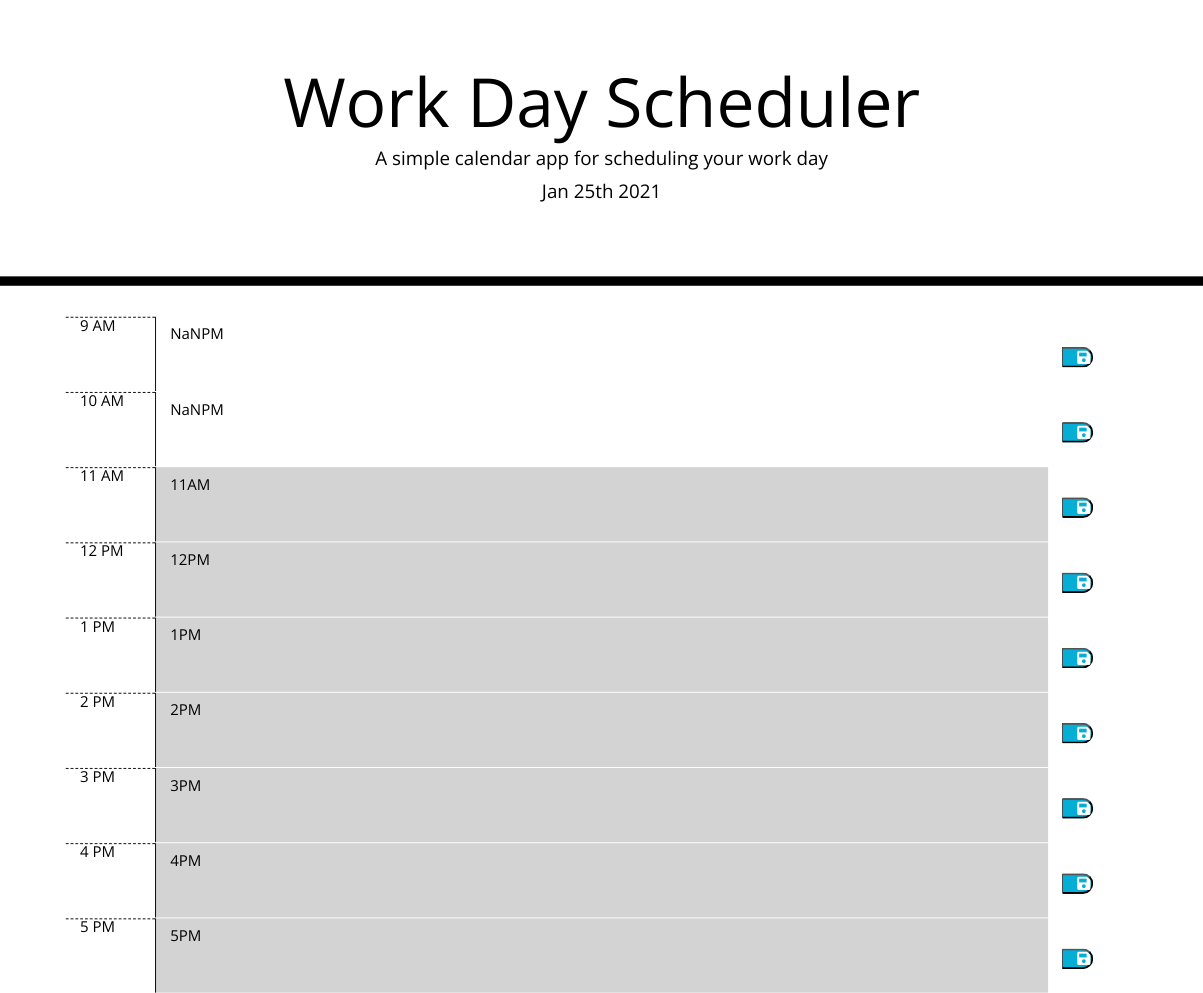
Repository: UPye/workDayScheduler
Page: index.html
The author's editor kept a copy of each file at every save. The page is drawn from the files as they stood at one save, then again after the next save.
The browser window is 1280 px wide. The pictures show the whole page, at 94% of full size.
Some web libraries are served in a nearby version.

Above is the page before, as saved 2021-01-25 22:00:22.

### index.html
<!DOCTYPE html>
<html lang="en">
  <head>
    <meta charset="UTF-8" />
    <meta name="viewport" content="width=device-width, initial-scale=1.0" />
    <meta http-equiv="X-UA-Compatible" content="ie=edge" />
    <link
      rel="stylesheet"
      href="https://stackpath.bootstrapcdn.com/bootstrap/4.3.1/css/bootstrap.min.css"
    />
    <link
      rel="stylesheet"
      href="https://use.fontawesome.com/releases/v5.8.1/css/all.css"
      integrity="sha384-50oBUHEmvpQ+1lW4y57PTFmhCaXp0ML5d60M1M7uH2+nqUivzIebhndOJK28anvf"
      crossorigin="anonymous"
    />
    <link
      href="https://fonts.googleapis.com/css?family=Open+Sans&display=swap"
      rel="stylesheet"
    />
    <link rel="stylesheet" href="./assets/CSS/style.css" />
    <title>Work Day Scheduler</title>
  </head>

  <body>
    <header class="jumbotron">
      <h1 class="display-3">Work Day Scheduler</h1>
      <p class="lead">A simple calendar app for scheduling your work day</p>
      <p id="currentDay" class="lead"></p>
    </header>

      <!-- Timeblocks go here -->
    <main class="container">
      <section class="row timeblocks" id="ls">
        <div class="col-1 hour">9 AM</div>
        <textarea id="hour-9" class="task col-10" name="server" autocomplete="off"></textarea>
        <div class="col-1 save">
          <button type="button" id="save-9" data-id="9" class="saveBtn col-1"><i class="fas fa-save"></i></button>
        </div>
      </section>
      <section class="row timeblocks">
        <div class="col-1 hour">10 AM</div>
        <textarea id="hour-10" class="col-10 task" placeholder="" autocomplete="off"></textarea>
        <div class="col-1 save">
          <button type="button" id="save-10" data-id="10" class="saveBtn col-1"><i class="fas fa-save"></i></button>
        </div>
      </section>
      <section class="row timeblocks">
        <div class="col-1 hour">11 AM</div>
        <textarea id="hour-11" data-id="11" class="col-10 task" placeholder="" autocomplete="off"></textarea>
        <div class="col-1 save">
          <button type="button" id="save-11" data-id="11" class="saveBtn col-1"><i class="fas fa-save"></i></button>
        </div>
      </section>
      <section class="row timeblocks">
        <div class="col-1 hour">12 PM</div>
        <textarea id="hour-12" data-id="12" class="col-10 task" placeholder="" autocomplete="off"></textarea>
        <div class="col-1 save">
          <button type="button" id="save-12" data-id="12" class="saveBtn col-1"><i class="fas fa-save"></i></button>
        </div>
      </section>
      <section class="row timeblocks">
        <div class="col-1 hour">1 PM</div>
        <textarea id="hour-1" data-id="1" class="task col-10" placeholder="" autocomplete="off"></textarea>
        <div class="col-1 save">
          <button type="button" id="save-1" data-id="1" class="saveBtn col-1"><i class="fas fa-save"></i></button>
        </div>
      </section>
      <section class="row timeblocks">
        <div class="col-1 hour">2 PM</div>
        <textarea id="hour-2" data-id="2" class="task col-10" placeholder="" autocomplete="off"></textarea>
        <div class="col-1 save">
          <button type="button" id="save-2" data-id="2" class="saveBtn col-1"><i class="fas fa-save"></i></button>
        </div>
      </section>
      <section class="row timeblocks">
        <div class="col-1 hour">3 PM</div>
        <textarea id="hour-3" data-id="3" class="task col-10" placeholder="" autocomplete="off"></textarea>
        <div class="col-1 save">
          <button type="button" id="save-3" data-id="3" class="saveBtn col-1"><i class="fas fa-save"></i></button>
        </div>
      </section>
      <section class="row timeblocks">
        <div class="col-1 hour">4 PM</div>
        <textarea id="hour-4" data-id="4" class="task col-10" placeholder="" autocomplete="off"></textarea>
        <div class="col-1 save">
          <button type="button" id="save-4" data-id="4" class="saveBtn col-1"><i class="fas fa-save"></i></button>
        </div>
      </section>
      <section class="row timeblocks">
        <div class="col-1 hour">5 PM</div>
        <textarea id="hour-5" data-id="5" class="task col-10" placeholder="" autocomplete="off"></textarea>
        <div class="col-1 save">
          <button type="button" id="save-5" data-id="5" class="saveBtn col-1"><i class="fas fa-save"></i></button>
        </div>
      </section>
    </div>

    <script src="https://code.jquery.com/jquery-3.4.1.min.js"></script>
    <script src="https://cdnjs.cloudflare.com/ajax/libs/moment.js/2.24.0/moment.min.js"></script>
    <script src="./assets/JS/script.js"></script>
  </body>
</html>

### assets/CSS/style.css
body {
  font-family: 'Open Sans', sans-serif;
  font-size: 16px;
  line-height: 1;
}

textarea {
  background: transparent;
  border: none;
  resize: none;
  color: #000000;
  border-left: 1px solid black;
  padding: 10px;
}

.jumbotron {
  text-align: center;
  background-color: transparent;
  color: black;
  border-radius: 0;
  border-bottom: 10px solid black;
}

.description {
  white-space: pre-wrap;
}

.time-block {
  text-align: center;
  border-radius: 15px;
}

.row {
  white-space: pre-wrap;
  height: 80px;
  border-top: 1px solid white;;
}

.hour {
  background-color: #ffffff;
  color: #000000;
  border-top: 1px dashed #000000;
}

.past {
  background-color: #d3d3d3;
  color: black;
}

.present {
  background-color: #ff6961;
  color: black;
}

.future {
  background-color: #77dd77;
  color: black;
}

.saveBtn {
  border-left: 1px solid black;
  border-top-right-radius: 15px;
  border-bottom-right-radius: 15px;
  background-size: 1px 100px;
  background-color: #06AED5;
  color: white;
}

.saveBtn i:hover {
  font-size: 20px;
  transition: all .3s ease-in-out;
}

### assets/JS/script.js
// Displays the date at the top
var date = moment().format("MMM Do YYYY");
$("#currentDay").text(date);

// Continually check for the time, in case task due dates are approaching
var currentTime = parseInt(moment().format("H"));
var aryTasks = [];


// Listens for click events on clickable items
$("button").on("click", function(event) {

    var calendarEntryId = $(this).attr("data-id");
    var calendarTextElement = "#hour-" + calendarEntryId;
    var calendarText = $(calendarTextElement).val();

    console.log(calendarText);

    var createObject = {
        hour: parseInt(calendarEntryId),
        task: calendarText
    };

    aryTasks.push(createObject);

    // Upload input to localStorage
    localStorage.setItem("taskData", JSON.stringify(aryTasks));
});

var updateInfo = function () {
    date = moment();
    datetime.html(date.format("dddd, MMMM Do YYYY, h:mm:ss a"));
};


// Check if task is in the past, present, or future
$("textarea").each(function() {
    var calendarTime = parseInt($(this).attr("data-id"));
        $(this).removeClass("past");
        $(this).removeClass("present");
        $(this).removeClass("future");

        // Get data from the localStorage
        if (calendarTime >= 9 && calendarTime <= 11){
            $(this).val(calendarTime + "AM");
        } else {
            $(this).val(calendarTime + "PM");
        }
        if (calendarTime < currentTime) {
            $(this).addClass("past");
        }
        else if (calendarTime === currentTime) {
            $(this).addClass("present");
        }
        else if (calendarTime > currentTime) {
            $(this).addClass("future");
        };
});

aryTasks = JSON.parse(localStorage.getItem("taskData")) || [];

var renderData = function() {
    for(i=0; i < aryTasks.length; i++) {
        let input = $("#hour-" + aryTasks[i].hour);
        input.val(aryTasks[i].task);
    }
};

renderData();

After the next save:
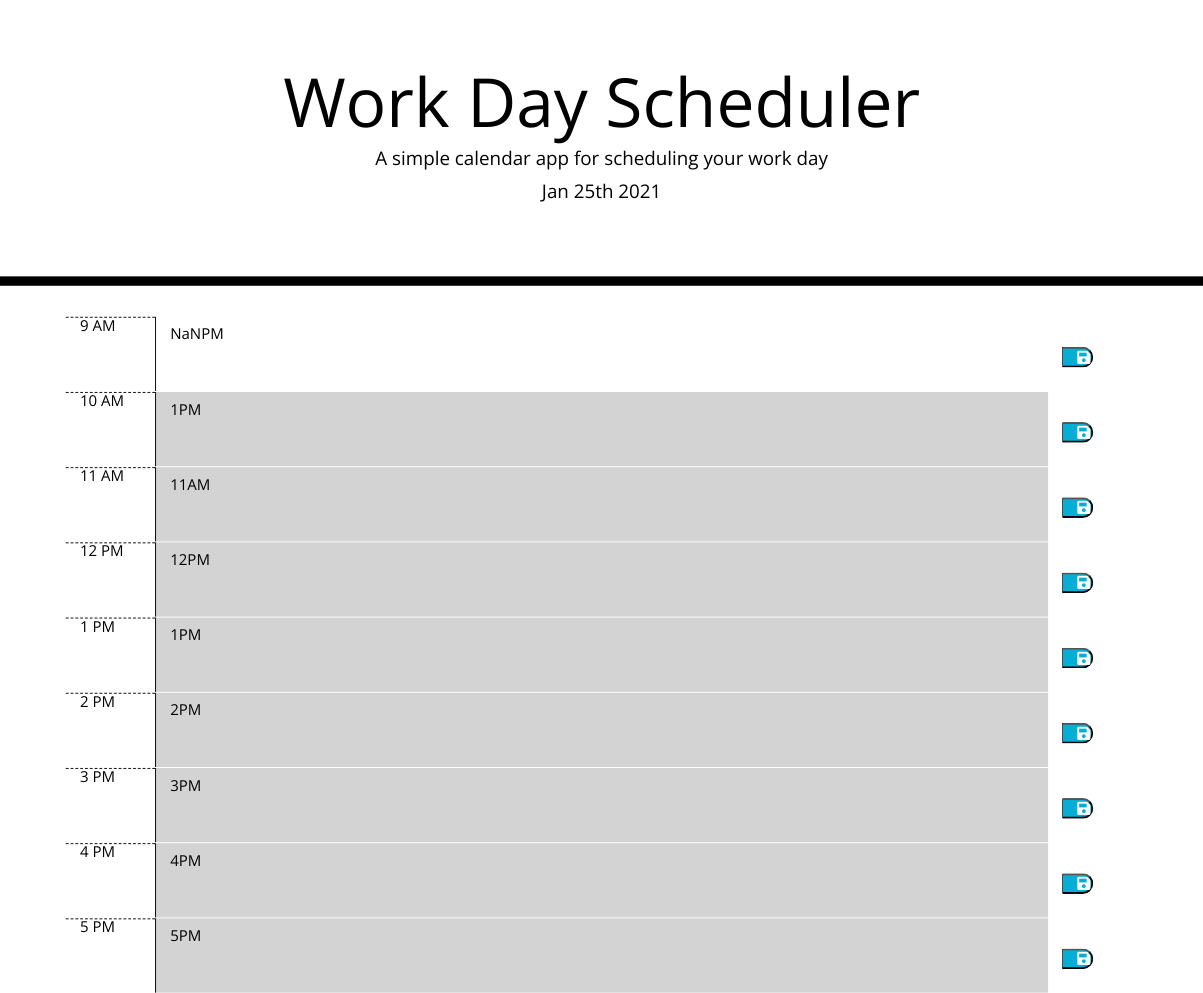
Saved 4 s later.
--- a/index.html
+++ b/index.html
@@ -40,7 +40,7 @@
       </section>
       <section class="row timeblocks">
         <div class="col-1 hour">10 AM</div>
-        <textarea id="hour-10" class="col-10 task" placeholder="" autocomplete="off"></textarea>
+        <textarea id="hour-10" data-id="1" class="col-10 task" placeholder="" autocomplete="off"></textarea>
         <div class="col-1 save">
           <button type="button" id="save-10" data-id="10" class="saveBtn col-1"><i class="fas fa-save"></i></button>
         </div>
